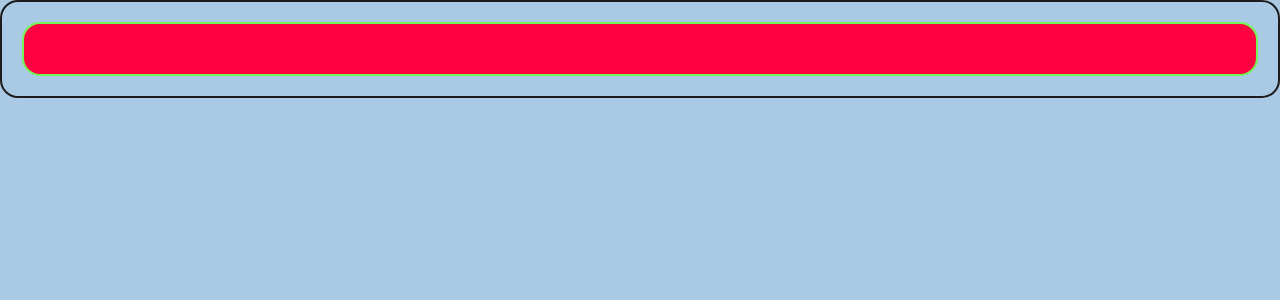
Repository: SbuKhoza/furniture
Page: /
These files come from the project's save history. The page is drawn as it stood at one moment and after a run of saves; the edit follows.
The browser window is 1280 px wide. The pictures show the whole page.
The project was rebuilt for these pictures with package versions that can differ from the ones it lists, and the page was loaded fresh each time.

Above is the page before, as saved 2024-07-12 12:11:49.

After the next 5 saves:
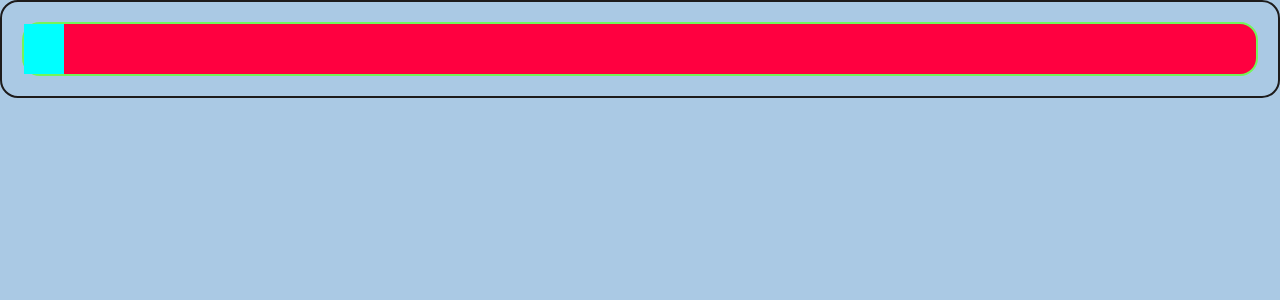
The 5 saves are shown as one change because they came seconds apart.
The last was saved 15 s later.
--- a/src/App.css
+++ b/src/App.css
@@ -32,7 +32,7 @@ nav {
 .cont1 {
   width: 40px;
   background-color: aqua;
-  height: ;
+  height: 100%
 
 
 }
